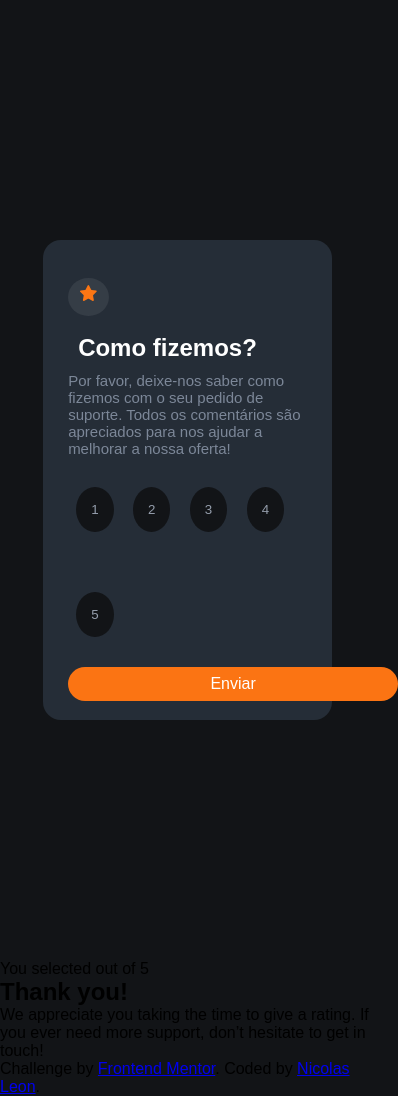
Repository: Leonngc/projeto-avaliacao
Page: index.html
An editor plug-in stored every save of this project. The page is shown before and after a run of saves, followed by the edit.
The browser window is 375 px wide. The page is 398 px wide, then 393 px, so the pictures cover 398 px, including what lies to the right of the window. The pictures show the whole page.

Above is the page before, as saved 2023-01-26 12:00:25.

After the next 2 saves:
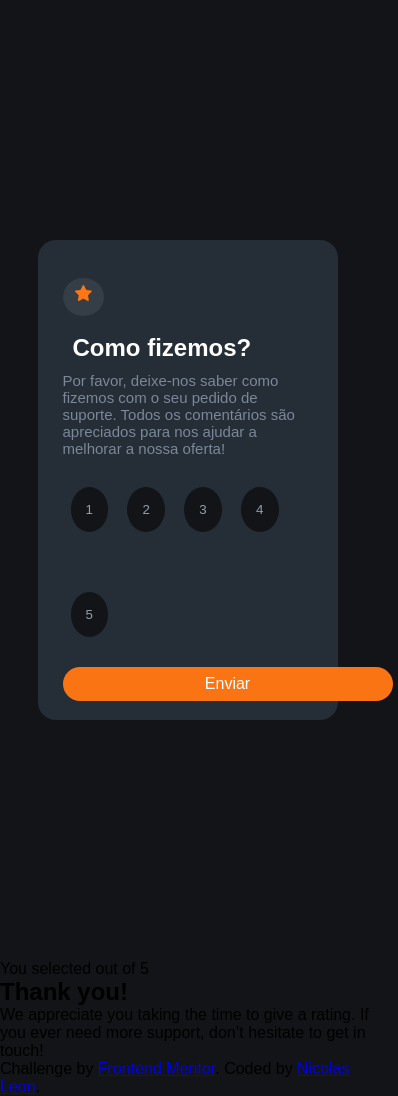
The 2 saves are shown as one change because they came seconds apart.
The last was saved 7 s later.
--- a/styles/style.css
+++ b/styles/style.css
@@ -86,7 +86,7 @@ span > img{
 
 @media screen and (max-width:600px){
     #avaliation-form{
-        width: 77vw;
+        width: 80vw;
         height: 60vh;
         font-size: 12px;
     }
